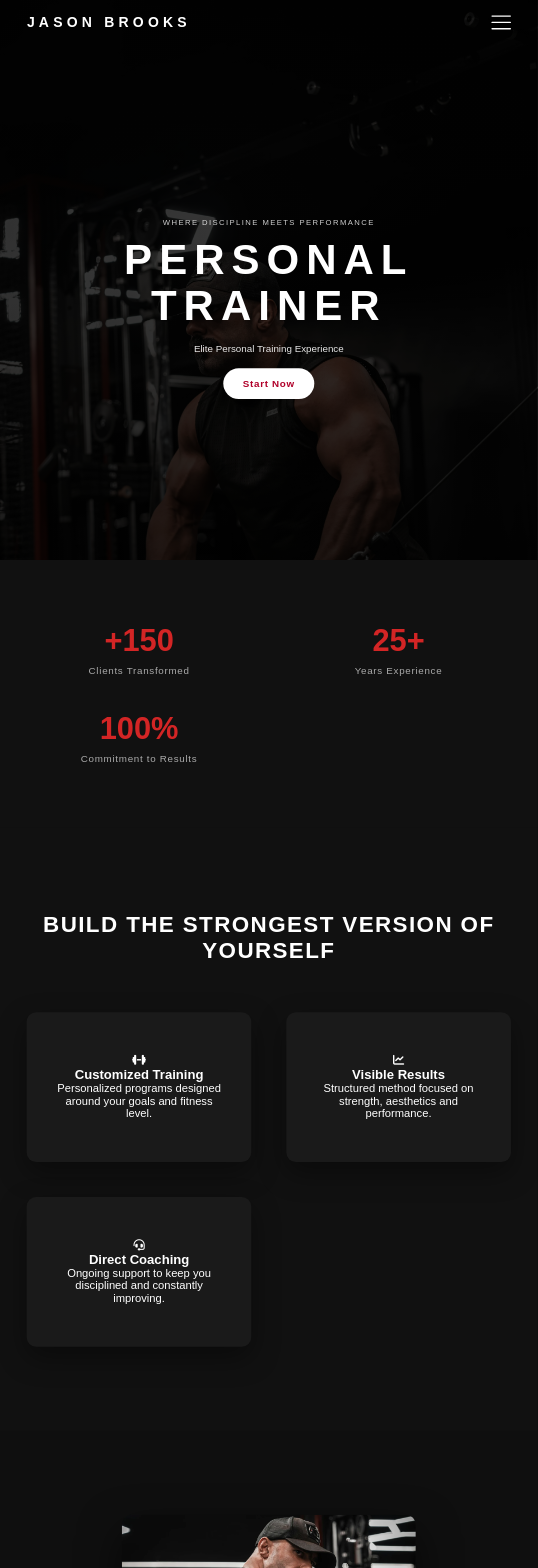
Repository: davidfsillva/Jason-Brooks
Page: index.html
The author's editor kept a copy of each file at every save. The page is drawn from the files as they stood at one save, then again after the next save.
The browser window is 768 px wide. The pictures show the part of the page from y = 0 to 2240 px (the page is 3912 px tall before and 3913 px after), at 70% of full size.
Some web fonts or font styles are not loaded; a fallback is used.

Above is the page before, as saved 2026-02-21 17:06:44.

After the next save:
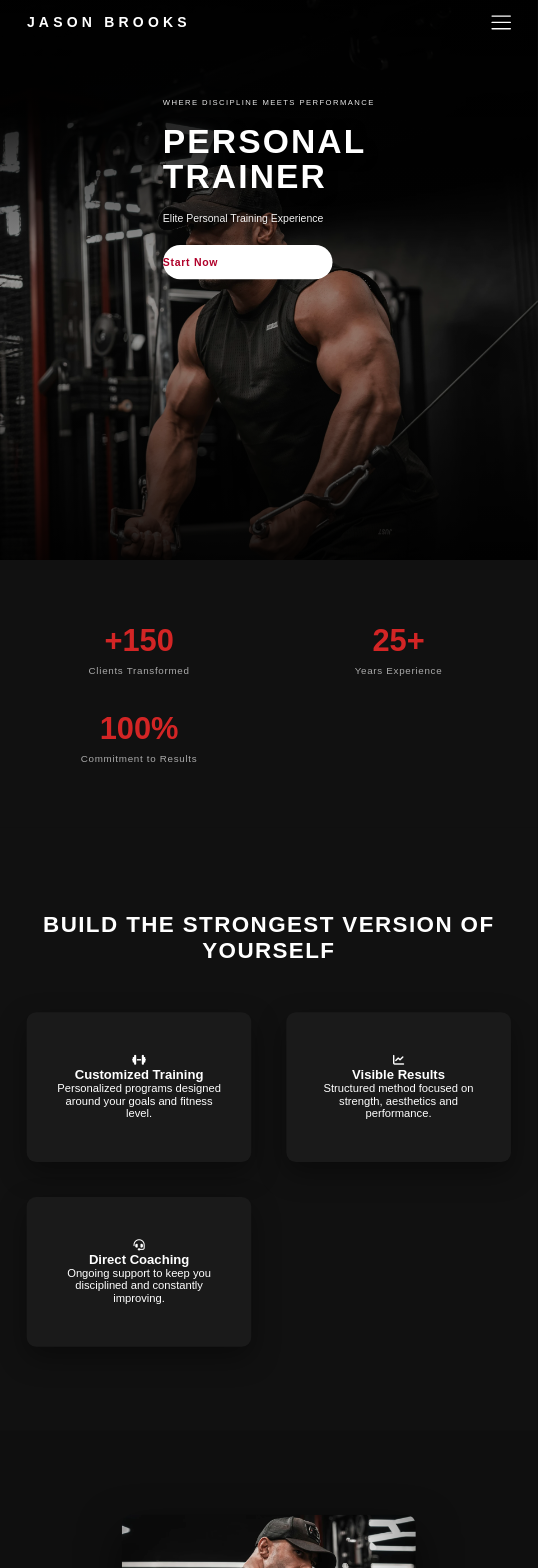
Saved 72 s later.
--- a/style.css
+++ b/style.css
@@ -533,66 +533,79 @@ section {
 /* ================= RESPONSIVE ================= */
 @media(max-width: 768px) {
 
+@media (max-width: 768px) {
+
+    /* ===== HERO ESTRUTURA ===== */
     .hero {
-        justify-content: center;
+        position: relative;
+        display: flex;
+        flex-direction: column;
+        justify-content: space-between;
+        min-height: 100vh;
+        padding: 140px 20px 70px 20px;
         text-align: center;
-        padding: 0 20px;
-
-        /* Centraliza o homem no mobile */
-        background: url("img/heromobile.webp") center top / cover no-repeat;
-    }
-
+
+        /* Ajuste fino da imagem */
+        background: url("img/heromobile.webp") center 35% / cover no-repeat;
+    }
+
+    /* ===== FADE PROFISSIONAL CINEMATOGRÁFICO ===== */
     .hero-overlay {
+        position: absolute;
+        inset: 0;
         background: linear-gradient(
             180deg,
-            rgba(0,0,0,0.8) 0%,
-            rgba(0,0,0,0.75) 40%,
-            rgba(0,0,0,0.85) 100%
+            rgba(0,0,0,0.95) 0%,
+            rgba(0,0,0,0.85) 20%,
+            rgba(0,0,0,0.35) 45%,
+            rgba(0,0,0,0.35) 65%,
+            rgba(0,0,0,0.9) 100%
         );
-    }
-
-    .hero-image-side {
-        justify-content: center;
-        margin-top: 30px;
+        z-index: 1;
     }
 
     .hero-content {
-        max-width: 100%;
-        text-align: center;
-        margin-top: 80px;
-    }
-
-        .hero-small {
+        position: relative;
+        z-index: 2;
+        display: flex;
+        flex-direction: column;
+        justify-content: space-between;
+        height: 100%;
+    }
+
+    /* ===== PERSONAL TRAINER (TOPO) ===== */
+    .hero-content h1 {
+        font-size: 48px;
+        line-height: 1.05;
+        letter-spacing: 3px;
+        margin-top: 10px;
+        text-shadow: 0 5px 20px rgba(0,0,0,0.6);
+    }
+
+    /* ===== PARTE INFERIOR ===== */
+    .hero-small {
         font-size: 11px;
         letter-spacing: 2px;
-    }
-
-    .hero-content h1 {
-        font-size: 42px;
-        line-height: 1.1;
-        letter-spacing: 2px;
-    }
-
-       .hero-sub {
-        font-size: 14px;
-        margin: 20px 0;
-    }
-
+        margin-bottom: 15px;
+        opacity: 0.9;
+    }
+
+    .hero-sub {
+        font-size: 15px;
+        margin-bottom: 30px;
+        opacity: 0.95;
+    }
+
+    /* ===== BOTÃO MAIS LARGO ===== */
     .btn-primary {
-        padding: 14px 28px;
-        font-size: 14px;
-    }
-
-    .hero h1 {
-        font-size: 60px;
-        letter-spacing: 10px;
-    }
-
-    .about-container {
-        flex-direction: column;
-        text-align: center;
-    }
-
+        width: 80%;
+        max-width: 300px;
+        padding: 16px 0;
+        font-size: 15px;
+        border-radius: 40px;
+    }
+
+    /* ===== MENU MOBILE ===== */
     .nav {
         position: absolute;
         top: 80px;
@@ -611,4 +624,10 @@ section {
     .menu-toggle {
         display: block;
     }
-}
+
+    /* ===== ABOUT RESPONSIVO ===== */
+    .about-container {
+        flex-direction: column;
+        text-align: center;
+    }
+}
